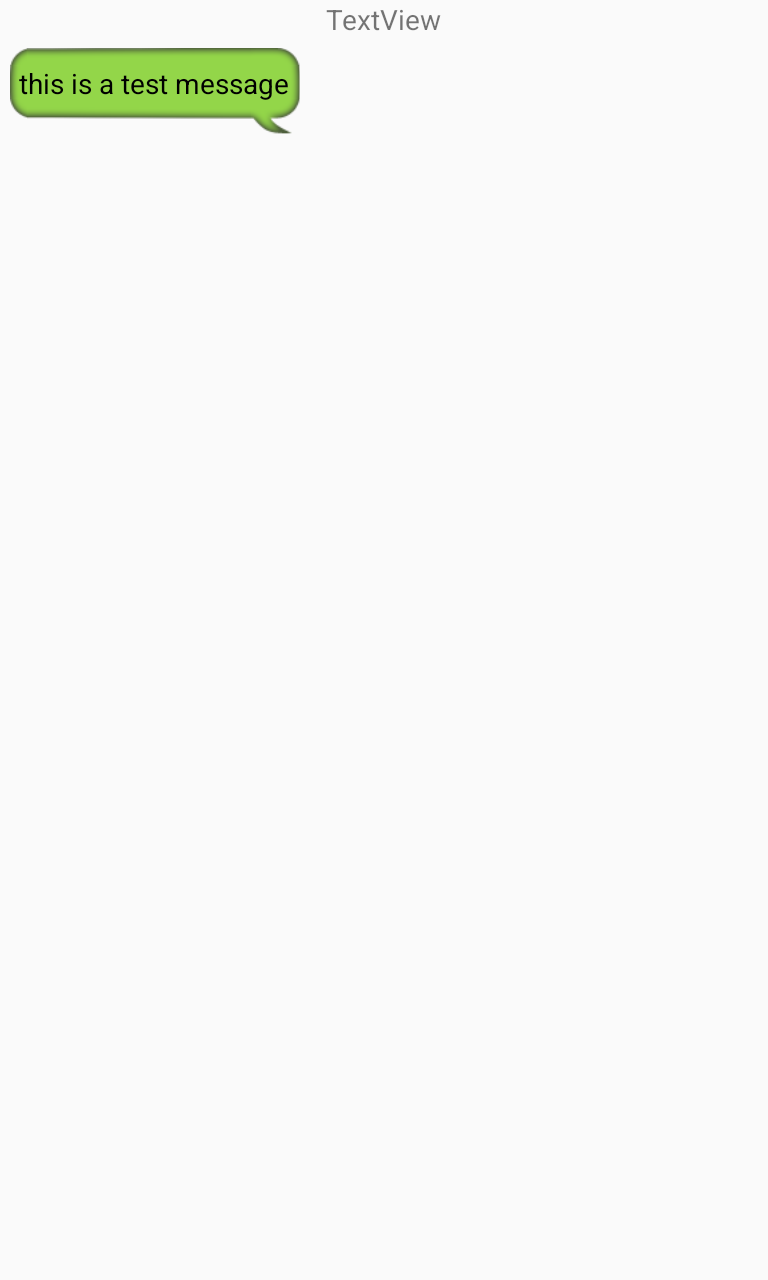
Repository: fareehaamjad/SMI-final
Layout: SecureMobileIdentity/res/layout/sms_row.xml
These files come from the project's save history. The layout is drawn as it stood at one moment and after the next save; the edit follows.
It is drawn on a 768 x 1280 px phone screen (xhdpi) without system bars, with theme AppTheme; the app's code is not run.

Above is the layout before, as saved 2015-08-22 09:35:23.

### SecureMobileIdentity/res/layout/sms_row.xml
<?xml version="1.0" encoding="utf-8"?>
<LinearLayout xmlns:android="http://schemas.android.com/apk/res/android"
    android:layout_width="fill_parent"
    android:layout_height="fill_parent"
    android:orientation="vertical" >

    <TextView
        android:id="@+id/textView1"
        android:layout_width="wrap_content"
        android:layout_height="wrap_content"
        android:layout_gravity="center_horizontal"
        android:text="TextView" />

    <TextView
        android:id="@+id/message_text"
        android:layout_width="wrap_content"
        android:layout_height="wrap_content"
        android:layout_margin="5sp"
        android:background="@drawable/speech_bubble_green"
        android:shadowColor="@color/textShadow"
        android:shadowDx="1"
        android:shadowDy="1"
        android:textColor="@color/textColor"
        android:text="this is a test message"
        android:textSize="14sp" />

</LinearLayout>

### SecureMobileIdentity/res/values/styles.xml
<resources>

    <!--
        Base application theme, dependent on API level. This theme is replaced
        by AppBaseTheme from res/values-vXX/styles.xml on newer devices.

    -->
    <style name="AppBaseTheme" parent="Theme.AppCompat.Light">
        <!--
            Theme customizations available in newer API levels can go in
            res/values-vXX/styles.xml, while customizations related to
            backward-compatibility can go here.

        -->
    </style>

    <!-- Application theme. -->
    <style name="AppTheme" parent="AppBaseTheme">
        <!-- All customizations that are NOT specific to a particular API-level can go here. -->
    </style>

    <style name="chat_text_message_style">
        <item name="android:layout_width">wrap_content</item>
        <item name="android:layout_height">wrap_content</item>
        <item name="android:paddingTop">5dp</item>
        <item name="android:paddingBottom">5dp</item>
        <item name="android:paddingLeft">8dp</item>
        <item name="android:paddingRight">8dp</item>
        <item name="android:textSize">16sp</item>
        <item name="android:textColor">@android:color/black</item>
    </style>

    <style name="chat_timings">
        <item name="android:layout_width">wrap_content</item>
        <item name="android:layout_height">wrap_content</item>
        <item name="android:textSize">12sp</item>
    </style>

</resources>

### SecureMobileIdentity/res/values/colors.xml
<?xml version="1.0" encoding="utf-8"?>
<resources>
    <item name="textColor" type="color">#000000</item>
    <color name="textShadow">#FFF</color>
    <color name="blue">#33B5E5</color>
    <color name="purple">#57068c</color>
</resources>

Loaded but not shown: SecureMobileIdentity/res/values-v11/styles.xml (common file); SecureMobileIdentity/res/values-v14/styles.xml (common file)

After the next save:
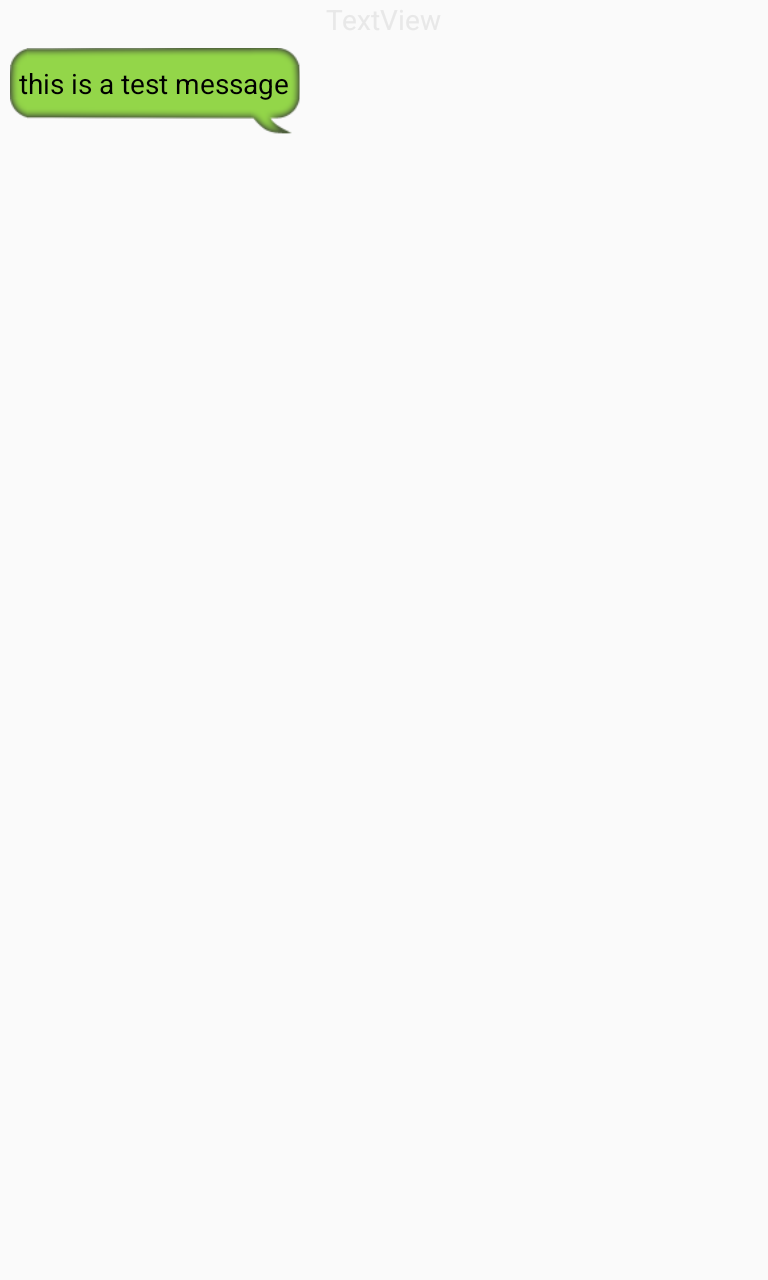
Saved 11 s later.
--- a/SecureMobileIdentity/res/layout/sms_row.xml
+++ b/SecureMobileIdentity/res/layout/sms_row.xml
@@ -9,7 +9,8 @@
         android:layout_width="wrap_content"
         android:layout_height="wrap_content"
         android:layout_gravity="center_horizontal"
-        android:text="TextView" />
+        android:text="TextView"
+        android:textColor="#E8E8E8" />
 
     <TextView
         android:id="@+id/message_text"
